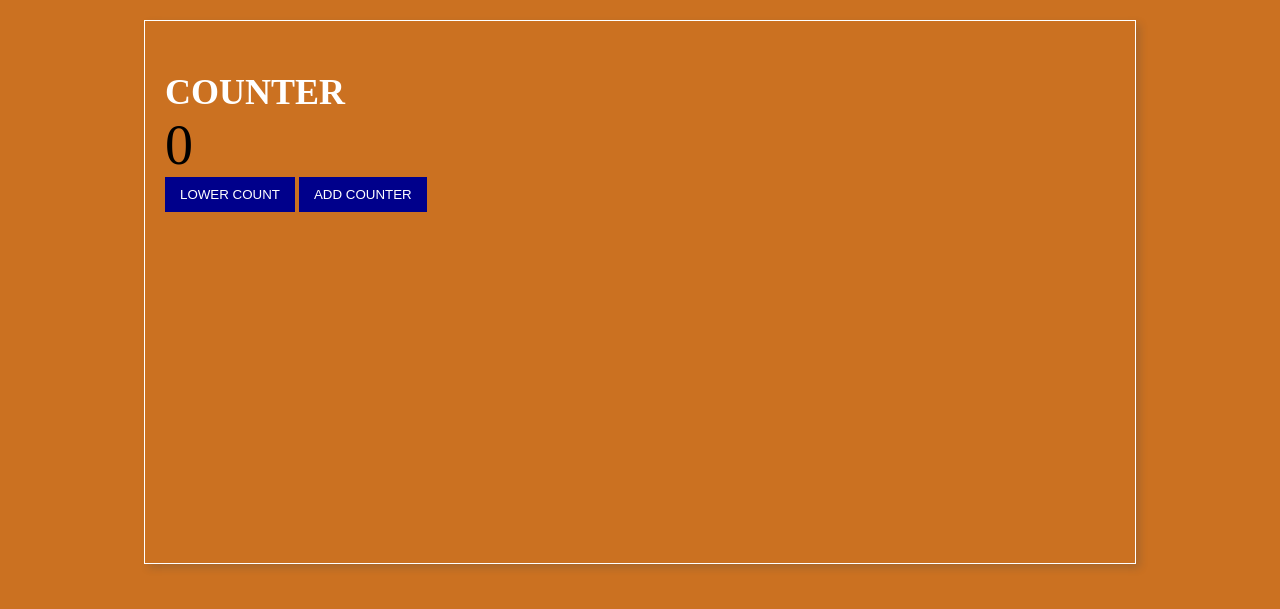
Repository: lusine-tech/counter
Page: index.html
The author's editor kept a copy of each file at every save. The page is drawn from the files as they stood at one save, then again after the next save.
The browser window is 1280 px wide. The pictures show the whole page.

Above is the page before, as saved 2022-02-14 17:09:15.

After the next save:
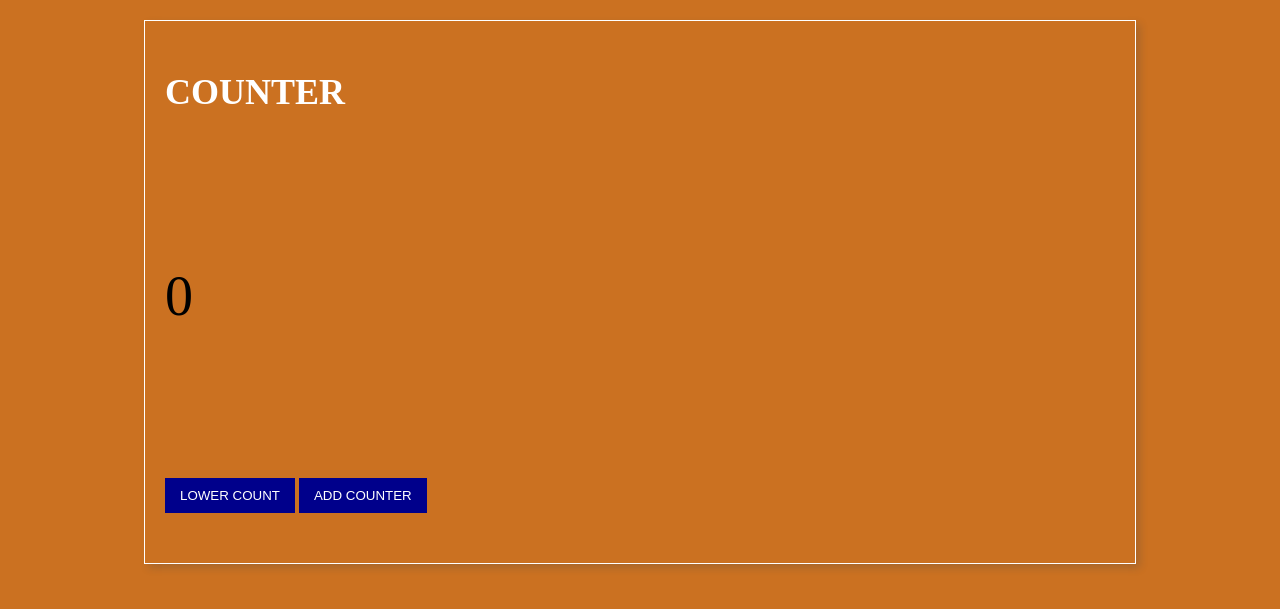
Saved 5 s later.
--- a/style.css
+++ b/style.css
@@ -15,7 +15,7 @@
 
 .block {
     display: flex;
-    justify-content: spac;
+    justify-content: space-between;
     flex-direction: column;
 
     height: 80%;
